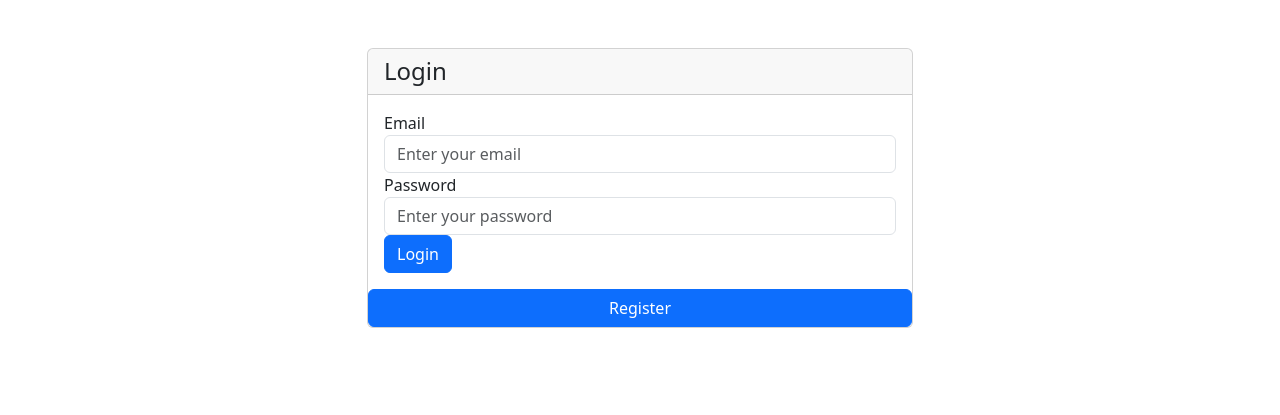
Repository: Anwithgowda/bank-app
Page: http://localhost/movie-book-app/login.jsp
The author's editor kept a copy of each file at every save. The page is drawn from the files as they stood at one save, then again after the next save.
The browser window is 1280 px wide. The pictures show the whole page.
Some web libraries are served in a nearby version. The page is served by Tomcat 10.

Above is the page before, as saved 2024-03-01 02:32:43.

After the next save:
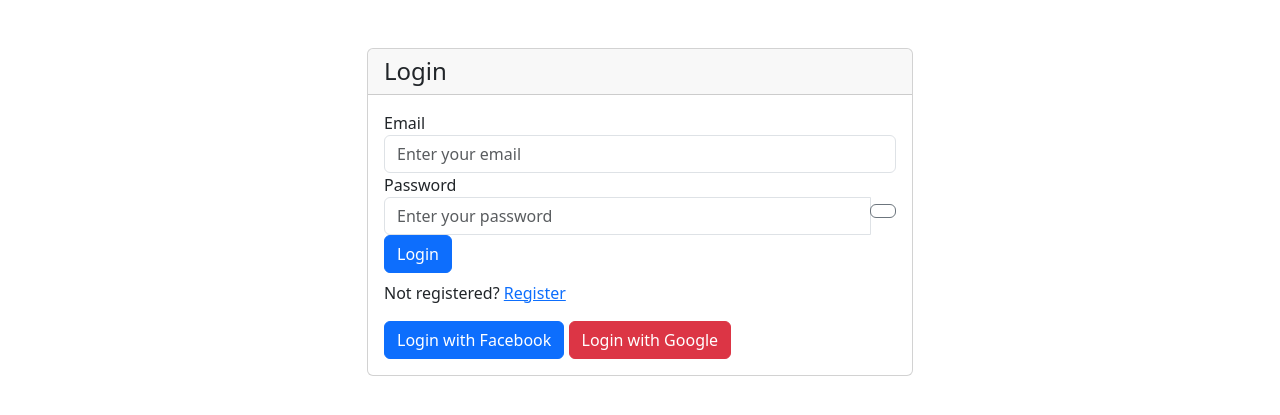
Saved 114 s later.
--- a/movieapp/movie-book-app/src/main/webapp/login.jsp
+++ b/movieapp/movie-book-app/src/main/webapp/login.jsp
@@ -1,53 +1,91 @@
-<%@ page language="java" contentType="text/html; charset=ISO-8859-1"
-    pageEncoding="ISO-8859-1"%>
-    <%@ taglib prefix="c" uri="http://java.sun.com/jsp/jstl/core" %>
+<%@ page language="java" contentType="text/html; charset=ISO-8859-1" pageEncoding="ISO-8859-1"%>
+<%@ taglib prefix="c" uri="http://java.sun.com/jsp/jstl/core" %>
+
 <!DOCTYPE html>
 <html>
 <head>
-<meta charset="ISO-8859-1">
-<title>Login page</title>
-<link href="https://cdn.jsdelivr.net/npm/bootstrap@5.3.3/dist/css/bootstrap.min.css" rel="stylesheet" integrity="sha384-QWTKZyjpPEjISv5WaRU9OFeRpok6YctnYmDr5pNlyT2bRjXh0JMhjY6hW+ALEwIH" crossorigin="anonymous">
-<script src="https://cdn.jsdelivr.net/npm/bootstrap@5.3.3/dist/js/bootstrap.bundle.min.js" integrity="sha384-YvpcrYf0tY3lHB60NNkmXc5s9fDVZLESaAA55NDzOxhy9GkcIdslK1eN7N6jIeHz" crossorigin="anonymous"></script>
+    <meta charset="ISO-8859-1">
+    <title>Login page</title>
+    <link href="https://cdn.jsdelivr.net/npm/bootstrap@5.3.3/dist/css/bootstrap.min.css" rel="stylesheet"
+        integrity="sha384-QWTKZyjpPEjISv5WaRU9OFeRpok6YctnYmDr5pNlyT2bRjXh0JMhjY6hW+ALEwIH"
+        crossorigin="anonymous">
+    <script src="https://cdn.jsdelivr.net/npm/bootstrap@5.3.3/dist/js/bootstrap.bundle.min.js"
+        integrity="sha384-YvpcrYf0tY3lHB60NNkmXc5s9fDVZLESaAA55NDzOxhy9GkcIdslK1eN7N6jIeHz"
+        crossorigin="anonymous"></script>
 
 </head>
 <body>
 
-  <c:if test="${errorMessage!=null }">
-     <div class="alert alert-danger" role="alert">
-       ${errorMessage }
-</div>
-  </c:if>
+    <c:if test="${errorMessage != null}">
+        <div class="alert alert-danger" role="alert">
+            ${errorMessage}
+        </div>
+    </c:if>
     <form action="signin" method="post">
-     <div class="container mt-5">
-        <div class="row justify-content-center">
-            <div class="col-md-6">
-                <div class="card">
-                    <div class="card-header">
-                        <h4 class="mb-0">Login</h4>
-                    </div>
-                    <div class="card-body">
+        <div class="container mt-5">
+            <div class="row justify-content-center">
+                <div class="col-md-6">
+                    <div class="card">
+                        <div class="card-header">
+                            <h4 class="mb-0">Login</h4>
+                        </div>
+                        <div class="card-body">
 
                             <div class="form-group">
                                 <label for="staticEmail">Email</label>
-                                <input type="text" class="form-control" id="staticEmail" name="userid" placeholder="Enter your email">
+                                <input type="text" class="form-control" id="staticEmail" name="userid"
+                                    placeholder="Enter your email">
                             </div>
                             <div class="form-group">
                                 <label for="inputPassword">Password</label>
-                                <input type="password" class="form-control" id="inputPassword" name="password" placeholder="Enter your password">
+                                <div class="input-group">
+                                    <input type="password" class="form-control" id="inputPassword" name="password"
+                                        placeholder="Enter your password">
+                                    <div class="input-group-append">
+                                        <button class="btn btn-outline-secondary" type="button"
+                                            onclick="togglePasswordVisibility()">
+                                            <i id="eyeIcon" class="bi bi-eye"></i>
+                                        </button>
+                                    </div>
+                                </div>
                             </div>
                             <button type="submit" class="btn btn-primary">Login</button>
+                            <p class="mt-2">Not registered? <a href="form">Register</a></p>
 
+                            <!-- Facebook Login Button (Replace with your actual Facebook login code) -->
+                            <button type="button" class="btn btn-primary">Login with Facebook</button>
+
+                            <!-- Google Login Button (Replace with your actual Google login code) -->
+                            <button type="button" class="btn btn-danger">Login with Google</button>
+
+                        </div>
                     </div>
-                <a href="form" class="btn btn-primary">Register</a>
                 </div>
             </div>
         </div>
-    </div>
+    </form>
 
-</form>
     <!-- Bootstrap JS and Popper.js -->
     <script src="https://code.jquery.com/jquery-3.5.1.slim.min.js"></script>
     <script src="https://cdn.jsdelivr.net/npm/@popperjs/core@2.10.2/dist/umd/popper.min.js"></script>
     <script src="https://maxcdn.bootstrapcdn.com/bootstrap/4.5.2/js/bootstrap.min.js"></script>
+
+    <!-- JavaScript for Password Visibility Toggle -->
+    <script>
+        function togglePasswordVisibility() {
+            var passwordInput = document.getElementById("inputPassword");
+            var eyeIcon = document.getElementById("eyeIcon");
+
+            if (passwordInput.type === "password") {
+                passwordInput.type = "text";
+                eyeIcon.classList.remove("bi-eye");
+                eyeIcon.classList.add("bi-eye-slash");
+            } else {
+                passwordInput.type = "password";
+                eyeIcon.classList.remove("bi-eye-slash");
+                eyeIcon.classList.add("bi-eye");
+            }
+        }
+    </script>
 </body>
 </html>
